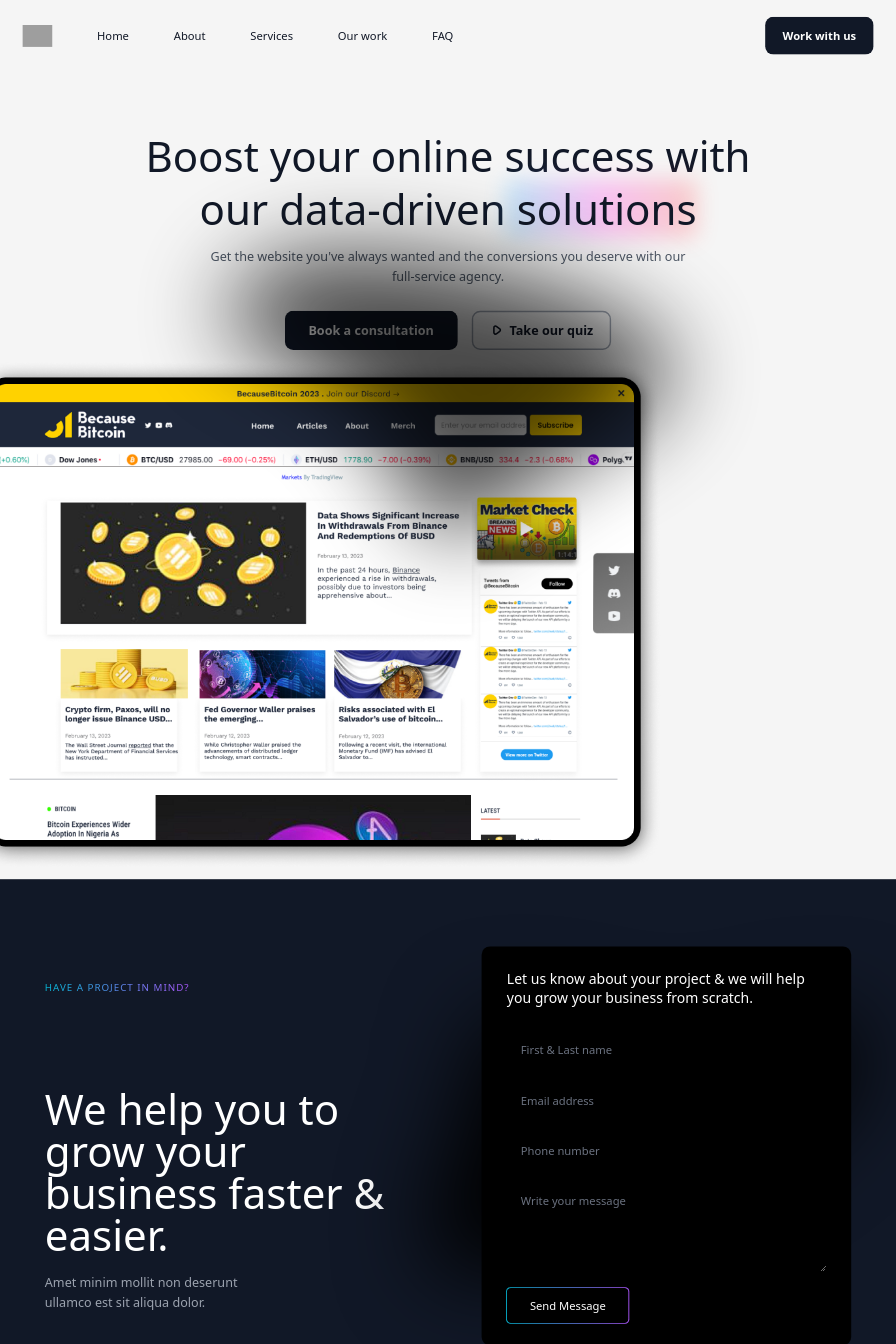
Repository: ornelasedward/mired_website
Page: /
These files come from the project's save history. The page is drawn as it stood at one moment and after the next save; the edit follows.
The browser window is 1280 px wide. The pictures show the part of the page from y = 0 to 1920 px (the page is 6401 px tall), at 70% of full size.
Pictures or frames that could not be fetched are drawn as grey boxes. The project was rebuilt for these pictures with package versions that can differ from the ones it lists, and the page was loaded fresh each time. The framework's server and built-in components were replaced by stand-ins that run in the browser. Also part of the build but not shown: next.config.js.

Above is the page before, as saved 2023-03-28 07:21:31.

After the next save:
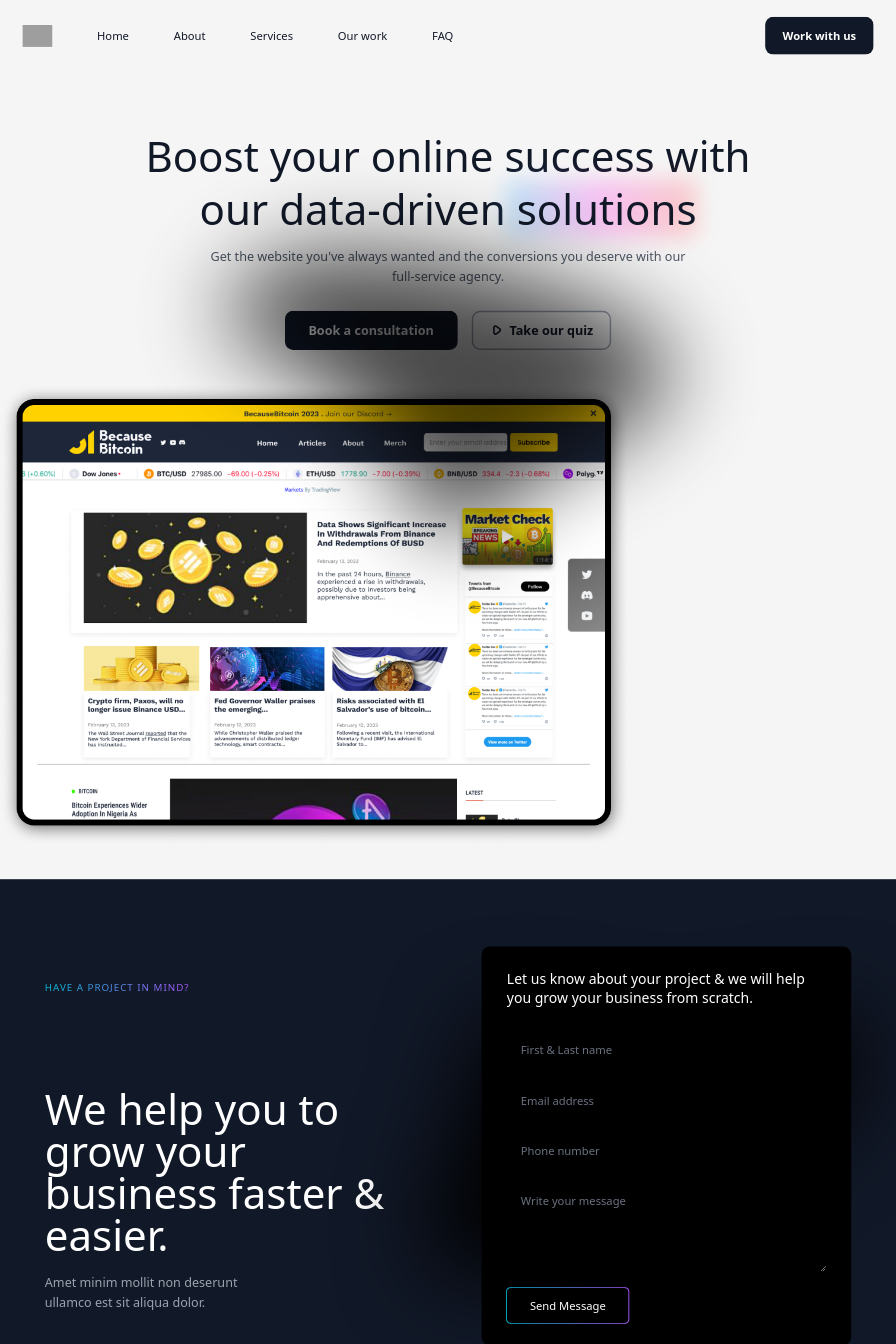
Saved 15 s later.
--- a/components/Hero.tsx
+++ b/components/Hero.tsx
@@ -223,13 +223,7 @@
 
         <div className="py-12">
           <div className="m-auto max-w-7xl">
-            <Image
-              className="transform scale-110"
-              src={header}
-              alt=""
-              width={900}
-              height={900}
-            />
+            <Image className="" src={header} alt="" width={900} height={900} />
           </div>
         </div>
       </section>
